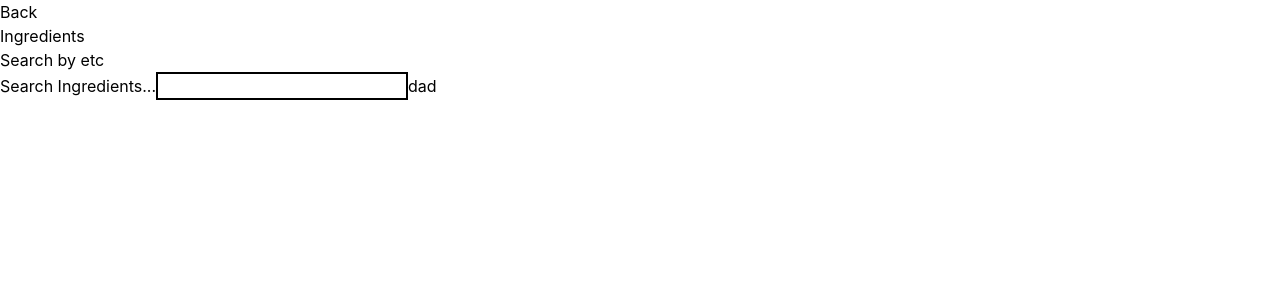
Repository: thais-chen/Meal
Page: /ingredients (app in meal-plan/)
These files come from the project's save history. The page is drawn as it stood at one moment and after a run of saves; the edit follows.
The browser window is 1280 px wide. The pictures show the whole page.
The project was rebuilt for these pictures with package versions that can differ from the ones it lists, and the page was loaded fresh each time. The framework's server and built-in components were replaced by stand-ins that run in the browser. Also part of the build but not shown: meal-plan/next.config.js.

Above is the page before, as saved 2022-08-11 19:38:27.

After the next 3 saves:
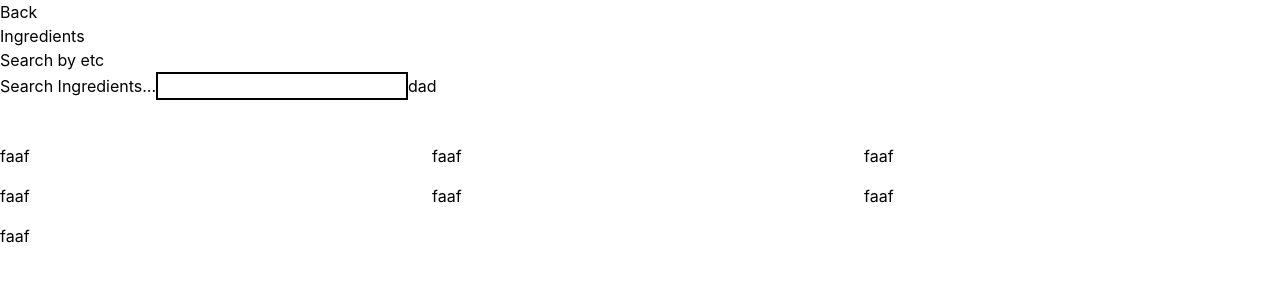
The 3 saves are shown as one change because they came seconds apart.
The last was saved 10 s later.
--- a/meal-plan/pages/ingredients.js
+++ b/meal-plan/pages/ingredients.js
@@ -2,7 +2,7 @@ import Heading from "../comps/Heading";
 import Form from "../comps/Form";
 import Navbar from "../comps/Navbar";
 import { useState } from "react";
-
+import Grid from "../comps/Grid";
 
 export default function Ingredients() {
   const [form, setForm] = useState("");
@@ -76,6 +76,7 @@ export default function Ingredients() {
       />
 
       {thingsElements}
+      <Grid />
     </>
   );
 }
